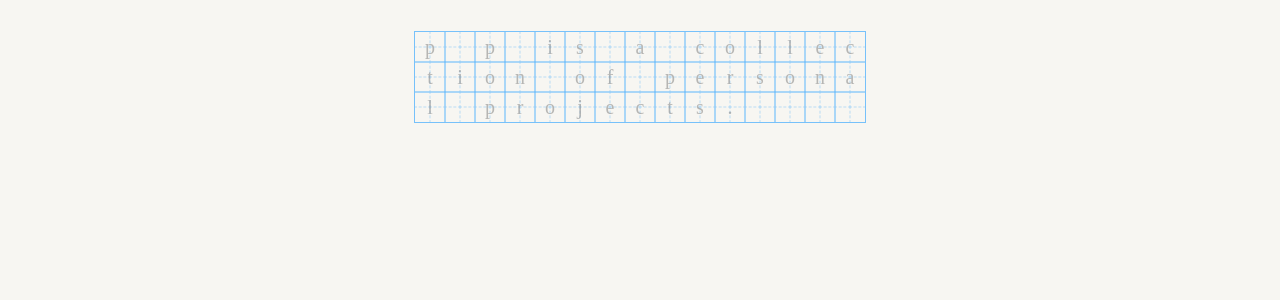
Repository: pyrcl090/p-p
Page: index.html
These files come from the project's save history. The page is drawn as it stood at one moment and after the next save; the edit follows.
The browser window is 1280 px wide. The pictures show the whole page.
The page's requests for data from a server got no answer. Some web fonts or font styles are not loaded; a fallback is used.

Above is the page before, as saved 2025-04-19 23:09:18.

### index.html
<!DOCTYPE html>
<html lang="en">
<head>
    <meta charset="UTF-8">
    <meta name="viewport" content="width=device-width, initial-scale=1.0">
    <title>P</title>
    <link rel="stylesheet" href="style.css">
</head>
<body>

    <div class="grid-wrapper">
        <div class="grid-border" id="grid-border">
          <!-- JavaScript will populate .grid-item elements here -->
        </div>
      </div>

        <!-- <div class="grid-wrapper">
          <div class="grid-container"></div>
          <div class="overlay-grid"></div>
        </div> -->

        <script src="script.js" async defer></script>
</body>
</html>

### style.css
@font-face {
  font-family: 'HMP';
  src: url("./assets/hiragino-maru-gothic-pron-w4.otf") format("truetype");
}

a {
  color: rgb(167, 151, 0);
  opacity: .5;
}

html, body {
  background-color: rgb(247, 246, 242);
  margin: 0;
  padding: 0;
  font-family: 'HMP';
}

body {

}

.grid-wrapper {
  padding: 2em;
  display: flex;
  justify-content: flex-start;
  align-items: center;
  flex-direction: column;
  width: 100%;
  min-height: 100vh;
  box-sizing: border-box;
}

.grid-border {
  display: flex;
  flex-direction: column;
  align-items: center;
  gap: 2em;
}

/* Inner container holding grid + overlay */
.grid-wrapper-inner {
  position: relative;
  display: inline-block;
  line-height: 0;
}

/* Grid background */
.grid-columns-rows {
  display: grid;
  grid-template-columns: repeat(15, 30px);
  grid-auto-rows: 30px;
  gap: 0;
  outline: 1px solid rgb(88, 181, 253);
  pointer-events: none;
  z-index: 1;
}

/* Each subcell (quad layout) */
.grid-columns-rows .grid-item {
  display: grid;
  grid-template-columns: repeat(2, 1fr);
  grid-template-rows: repeat(2, 1fr);
  width: 30px;
  height: 30px;
  outline: 0.5px solid rgb(88, 181, 253);
  opacity: 0.6;
}

.sub-cell {
  outline: 0.15px dashed rgb(88, 181, 253);
  opacity: 0.4;
  width: 100%;
  height: 100%;
}

/* Overlaid text */
.grid-content {
  display: grid;
  grid-template-columns: repeat(15, 30px);
  grid-auto-rows: 30px;
  gap: 0;
  position: absolute;
  top: 0;
  left: 0;
  z-index: 2;
}

.overlay-item {
  width: 30px;
  height: 30px;
  font-size: 20px;
  text-align: center;
  display: flex;
  justify-content: center;
  align-items: center;
  font-family: 'HMP';
  color: rgba(113, 113, 113, 0.6);
  line-height: 1;
  white-space: nowrap;
  pointer-events: auto;
}

.grid-image {
  width: 100%;  /* Ensure it fills the available width of the wrapper */
  display: block;  /* Block display to avoid inline issues */
  object-fit: contain;  /* Maintain aspect ratio and fit within the container */
  max-height: calc(30px * 10);  /* Ensure the image doesn't exceed the height of 5 rows */
  margin: 0; /* Remove any default margin */
  opacity: .8;
}

.grid-image-wrapper {
  display: flex;  /* Flexbox enables easy alignment of the image */
  justify-content: center;  /* Default alignment to center, you can change it via JS */
  align-items: center;  /* Vertically center the image */
  width: 100%;  /* Make sure it spans the full width of the grid column */
  height: calc(30px * 5);  /* Ensure it takes up exactly 5 rows in height */
}

.grid-item {
  display: flex;
  flex-direction: column;
  width: fit-content;
  opacity: .8;
}

.grid-item.channel-name {
  cursor: pointer;
}

.grid-item.channel-content {
  display: none;
}
/* .content-separator {
  grid-column: span 15;
  height: 30px;
} */

### script.js

const channels = [
  'p-pp-vz1bkeezvp0',
  'read-re_d-rode',
  'putaiinnnnn'
];

const gridBorder = document.getElementById('grid-border');
const cols = 15;
const cellSize = 30;
let currentlyOpenId = null;
const loadedChannels = new Set();

// Optional menu content
const menuItems = [
  {
    content: "p p is a collection of personal projects."
  }
];

function createGridStructure(numItems) {
  const grid = document.createElement('div');
  grid.className = 'grid-columns-rows';
  const rows = Math.ceil(numItems / cols);
  const totalCells = rows * cols;

  for (let i = 0; i < totalCells; i++) {
    const cell = document.createElement('div');
    cell.className = 'grid-item';

    for (let j = 0; j < 4; j++) {
      const sub = document.createElement('div');
      sub.className = 'sub-cell';
      cell.appendChild(sub);
    }

    grid.appendChild(cell);
  }

  return grid;
}

function createOverlayItem(char, isLink = false, href = '') {
  const div = document.createElement('div');
  div.className = 'overlay-item';

  if (isLink) {
    const a = document.createElement('a');
    a.href = href;
    a.target = '_blank';
    a.textContent = char;
    a.style.textDecoration = 'none';
    a.style.color = 'inherit';
    div.appendChild(a);
  } else {
    div.textContent = char;
  }

  return div;
}

function addTextBlock(text, container) {
  for (const char of text) {
    const div = createOverlayItem(char);
    container.appendChild(div);
  }

  const remainder = text.length % cols;
  if (remainder !== 0) {
    for (let i = 0; i < cols - remainder; i++) {
      container.appendChild(document.createElement('div'));
    }
  }
}

function createMenuItem(menuData) {
  const textContent = menuData.content;

  const contentItem = document.createElement('div');
  contentItem.className = 'grid-item channel-content';
  contentItem.style.display = 'block'; // Always visible

  const contentGrid = createGridStructure(textContent.length);
  const contentOverlay = document.createElement('div');
  contentOverlay.className = 'grid-content';

  addTextBlock(textContent, contentOverlay);

  const contentWrapper = document.createElement('div');
  contentWrapper.className = 'grid-wrapper-inner';
  contentWrapper.appendChild(contentGrid);
  contentWrapper.appendChild(contentOverlay);

  contentItem.appendChild(contentWrapper);
  gridBorder.appendChild(contentItem);
}

function fillChannelContent(contentEl, slug) {
  console.log('Fetching content for channel:', slug);
  fetch(`https://api.are.na/v2/channels/${slug}?per=100`)
    .then(res => res.json())
    .then(data => {
      let totalCells = 0;

      if (data.metadata?.description) {
        addTextBlock(data.metadata.description, contentEl);
        totalCells += data.metadata.description.length;
        totalCells += (cols - (data.metadata.description.length % cols)) % cols;
      }

      data.contents.forEach(block => {
        if (block.image?.display?.url) {
          const img = document.createElement('img');
          img.src = block.image.display.url;
          img.className = 'grid-image';
          const colSpan = 15;
          const rowSpan = 10;
          img.style.gridColumn = `span ${colSpan}`;
          img.style.gridRow = `span ${rowSpan}`;
          img.style.justifySelf = Math.random() > 0.5 ? 'flex-start' : 'flex-end';
          contentEl.appendChild(img);
          totalCells += colSpan * rowSpan;
        }

        if (block.file?.url) {
          const fileLink = document.createElement('a');
          fileLink.href = block.file.url;
          fileLink.target = '_blank';
          fileLink.textContent = `View file: ${block.file.name || 'Document'}`;
          contentEl.appendChild(fileLink);
          contentEl.appendChild(document.createElement('br'));
          totalCells += 2;
        }

        const text = block.content || block.title || block.body || '';
        if (text) {
          addTextBlock(text, contentEl);
          totalCells += text.length;
          totalCells += (cols - (text.length % cols)) % cols;
        }
      });

      const rowsNeeded = Math.ceil(totalCells / cols);
      const totalCellsNeeded = rowsNeeded * cols;

      const wrapper = contentEl.closest('.grid-wrapper-inner');
      const oldGrid = wrapper.querySelector('.grid-columns-rows');
      if (oldGrid) oldGrid.remove();

      const newGrid = createGridStructure(totalCellsNeeded);
      wrapper.insertBefore(newGrid, contentEl);

      loadedChannels.add(slug);
      console.log(`Content added for channel: ${slug}`);
    })
    .catch(error => console.error(`Error fetching data for channel ${slug}:`, error));
}

function toggleContent(id, slug) {
  const contentWrapper = document.getElementById(id);
  const contentItem = contentWrapper.closest('.channel-content');

  if (currentlyOpenId && currentlyOpenId !== id) {
    const prevWrapper = document.getElementById(currentlyOpenId);
    const prevItem = prevWrapper?.closest('.channel-content');
    if (prevItem) prevItem.style.display = 'none';
  }

  const isOpen = contentItem.style.display === 'block';

  if (isOpen) {
    contentItem.style.display = 'none';
    currentlyOpenId = null;
  } else {
    contentItem.style.display = 'block';
    currentlyOpenId = id;

    if (!loadedChannels.has(slug)) {
      fillChannelContent(contentWrapper, slug);
    }
  }
}

function createChannelItem(channelData, index) {
  const slug = channelData.slug;
  const title = channelData.title || `Channel ${index + 1}`;
  const contentId = `channel-content-${index}`;

  const nameItem = document.createElement('div');
  nameItem.className = 'grid-item channel-name';

  const grid = createGridStructure(title.length);
  const content = document.createElement('div');
  content.className = 'grid-content';

  for (const char of title) {
    const item = createOverlayItem(char);
    item.style.cursor = 'pointer';
    item.addEventListener('click', () => toggleContent(contentId, slug));
    content.appendChild(item);
  }

  const wrapper = document.createElement('div');
  wrapper.className = 'grid-wrapper-inner';
  wrapper.appendChild(grid);
  wrapper.appendChild(content);
  nameItem.appendChild(wrapper);
  gridBorder.appendChild(nameItem);

  const contentItem = document.createElement('div');
  contentItem.className = 'grid-item channel-content';
  contentItem.style.display = 'none';

  const contentGrid = createGridStructure(200);
  const contentOverlay = document.createElement('div');
  contentOverlay.className = 'grid-content';
  contentOverlay.id = contentId;

  const contentWrapper = document.createElement('div');
  contentWrapper.className = 'grid-wrapper-inner';
  contentWrapper.appendChild(contentGrid);
  contentWrapper.appendChild(contentOverlay);

  contentItem.appendChild(contentWrapper);
  gridBorder.appendChild(contentItem);
}

// Render menu items first
menuItems.forEach((item) => createMenuItem(item));

// Then fetch and render channels
channels.forEach((slug, index) => {
  fetch(`https://api.are.na/v2/channels/${slug}?per=1`)
    .then(res => res.json())
    .then(data => {
      data.slug = slug;
      createChannelItem(data, index);
    });
});

After the next save:
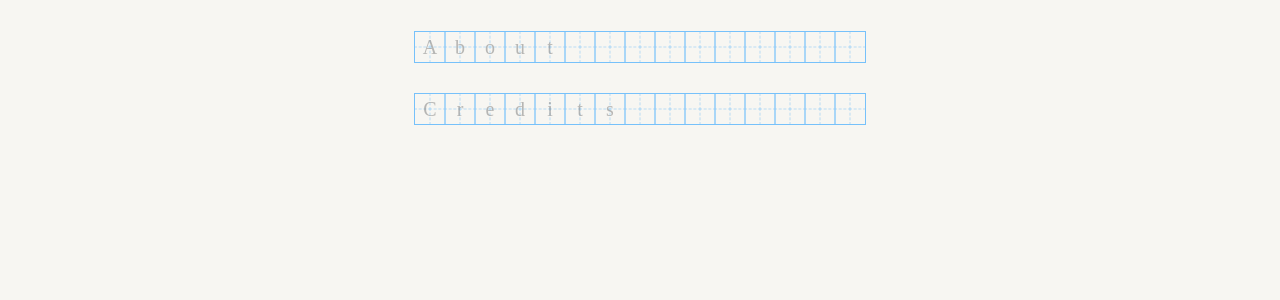
Saved 38 s later.
--- a/script.js
+++ b/script.js
@@ -1,3 +1,14 @@
+
+const menuItems = [
+  {
+    title: 'About',
+    content: 'Welcome to the grid. This space explores ideas, visuals, and texts curated from different Are.na channels.'
+  },
+  {
+    title: 'Credits',
+    content: 'Created with JavaScript, Are.na API, and a love for modularity.'
+  }
+];
 
 const channels = [
   'p-pp-vz1bkeezvp0',
@@ -10,13 +21,6 @@ const cols = 15;
 const cellSize = 30;
 let currentlyOpenId = null;
 const loadedChannels = new Set();
-
-// Optional menu content
-const menuItems = [
-  {
-    content: "p p is a collection of personal projects."
-  }
-];
 
 function createGridStructure(numItems) {
   const grid = document.createElement('div');
@@ -73,30 +77,7 @@ function addTextBlock(text, container) {
   }
 }
 
-function createMenuItem(menuData) {
-  const textContent = menuData.content;
-
-  const contentItem = document.createElement('div');
-  contentItem.className = 'grid-item channel-content';
-  contentItem.style.display = 'block'; // Always visible
-
-  const contentGrid = createGridStructure(textContent.length);
-  const contentOverlay = document.createElement('div');
-  contentOverlay.className = 'grid-content';
-
-  addTextBlock(textContent, contentOverlay);
-
-  const contentWrapper = document.createElement('div');
-  contentWrapper.className = 'grid-wrapper-inner';
-  contentWrapper.appendChild(contentGrid);
-  contentWrapper.appendChild(contentOverlay);
-
-  contentItem.appendChild(contentWrapper);
-  gridBorder.appendChild(contentItem);
-}
-
 function fillChannelContent(contentEl, slug) {
-  console.log('Fetching content for channel:', slug);
   fetch(`https://api.are.na/v2/channels/${slug}?per=100`)
     .then(res => res.json())
     .then(data => {
@@ -113,11 +94,14 @@ function fillChannelContent(contentEl, slug) {
           const img = document.createElement('img');
           img.src = block.image.display.url;
           img.className = 'grid-image';
+
           const colSpan = 15;
           const rowSpan = 10;
+
           img.style.gridColumn = `span ${colSpan}`;
           img.style.gridRow = `span ${rowSpan}`;
           img.style.justifySelf = Math.random() > 0.5 ? 'flex-start' : 'flex-end';
+
           contentEl.appendChild(img);
           totalCells += colSpan * rowSpan;
         }
@@ -129,6 +113,7 @@ function fillChannelContent(contentEl, slug) {
           fileLink.textContent = `View file: ${block.file.name || 'Document'}`;
           contentEl.appendChild(fileLink);
           contentEl.appendChild(document.createElement('br'));
+
           totalCells += 2;
         }
 
@@ -151,7 +136,6 @@ function fillChannelContent(contentEl, slug) {
       wrapper.insertBefore(newGrid, contentEl);
 
       loadedChannels.add(slug);
-      console.log(`Content added for channel: ${slug}`);
     })
     .catch(error => console.error(`Error fetching data for channel ${slug}:`, error));
 }
@@ -181,10 +165,31 @@ function toggleContent(id, slug) {
   }
 }
 
-function createChannelItem(channelData, index) {
-  const slug = channelData.slug;
-  const title = channelData.title || `Channel ${index + 1}`;
-  const contentId = `channel-content-${index}`;
+function toggleMenuContent(id) {
+  const contentWrapper = document.getElementById(id);
+  const contentItem = contentWrapper.closest('.channel-content');
+
+  if (currentlyOpenId && currentlyOpenId !== id) {
+    const prevWrapper = document.getElementById(currentlyOpenId);
+    const prevItem = prevWrapper?.closest('.channel-content');
+    if (prevItem) prevItem.style.display = 'none';
+  }
+
+  const isOpen = contentItem.style.display === 'block';
+
+  if (isOpen) {
+    contentItem.style.display = 'none';
+    currentlyOpenId = null;
+  } else {
+    contentItem.style.display = 'block';
+    currentlyOpenId = id;
+  }
+}
+
+function createMenuItem(menuData, index) {
+  const title = menuData.title;
+  const textContent = menuData.content;
+  const contentId = `menu-content-${index}`;
 
   const nameItem = document.createElement('div');
   nameItem.className = 'grid-item channel-name';
@@ -196,7 +201,7 @@ function createChannelItem(channelData, index) {
   for (const char of title) {
     const item = createOverlayItem(char);
     item.style.cursor = 'pointer';
-    item.addEventListener('click', () => toggleContent(contentId, slug));
+    item.addEventListener('click', () => toggleMenuContent(contentId));
     content.appendChild(item);
   }
 
@@ -211,10 +216,12 @@ function createChannelItem(channelData, index) {
   contentItem.className = 'grid-item channel-content';
   contentItem.style.display = 'none';
 
-  const contentGrid = createGridStructure(200);
+  const contentGrid = createGridStructure(textContent.length);
   const contentOverlay = document.createElement('div');
   contentOverlay.className = 'grid-content';
   contentOverlay.id = contentId;
+
+  addTextBlock(textContent, contentOverlay);
 
   const contentWrapper = document.createElement('div');
   contentWrapper.className = 'grid-wrapper-inner';
@@ -225,10 +232,56 @@ function createChannelItem(channelData, index) {
   gridBorder.appendChild(contentItem);
 }
 
-// Render menu items first
-menuItems.forEach((item) => createMenuItem(item));
-
-// Then fetch and render channels
+function createChannelItem(channelData, index) {
+  const slug = channelData.slug;
+  const title = channelData.title || `Channel ${index + 1}`;
+  const contentId = `channel-content-${index}`;
+
+  const nameItem = document.createElement('div');
+  nameItem.className = 'grid-item channel-name';
+
+  const grid = createGridStructure(title.length);
+  const content = document.createElement('div');
+  content.className = 'grid-content';
+
+  for (const char of title) {
+    const item = createOverlayItem(char);
+    item.style.cursor = 'pointer';
+    item.addEventListener('click', () => toggleContent(contentId, slug));
+    content.appendChild(item);
+  }
+
+  const wrapper = document.createElement('div');
+  wrapper.className = 'grid-wrapper-inner';
+  wrapper.appendChild(grid);
+  wrapper.appendChild(content);
+  nameItem.appendChild(wrapper);
+  gridBorder.appendChild(nameItem);
+
+  const contentItem = document.createElement('div');
+  contentItem.className = 'grid-item channel-content';
+  contentItem.style.display = 'none';
+
+  const contentGrid = createGridStructure(200); // placeholder
+  const contentOverlay = document.createElement('div');
+  contentOverlay.className = 'grid-content';
+  contentOverlay.id = contentId;
+
+  const contentWrapper = document.createElement('div');
+  contentWrapper.className = 'grid-wrapper-inner';
+  contentWrapper.appendChild(contentGrid);
+  contentWrapper.appendChild(contentOverlay);
+
+  contentItem.appendChild(contentWrapper);
+  gridBorder.appendChild(contentItem);
+}
+
+// Add menu items first
+menuItems.forEach((item, index) => {
+  createMenuItem(item, index);
+});
+
+// Add channel items after
 channels.forEach((slug, index) => {
   fetch(`https://api.are.na/v2/channels/${slug}?per=1`)
     .then(res => res.json())
